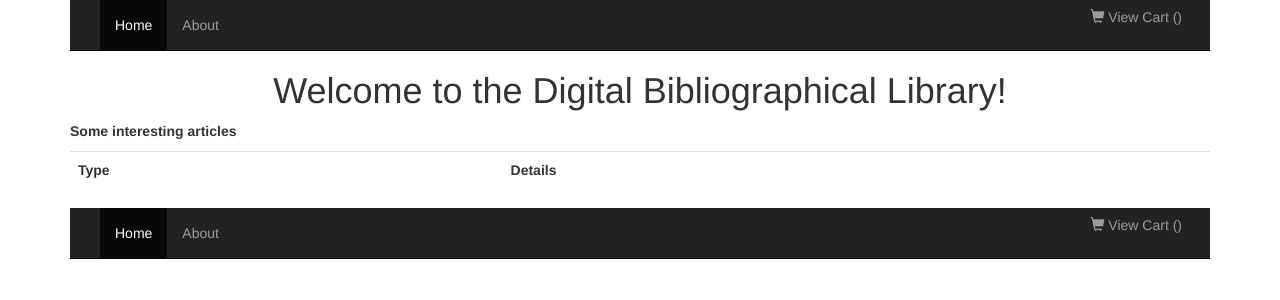
Repository: iancwwong/DigitalBibliographicalLibrary
Page: http://localhost/DigitalBibliographicLibrary/indexpage.jsp
An editor plug-in stored every save of this project. The page is shown before and after the next save, followed by the edit.
The browser window is 1280 px wide. The pictures show the whole page.
The page is served by Tomcat 9. Other server files are loaded and not shown. The template is opened directly, without the code that normally fills it, so the values that code supplies are empty.

Above is the page before, as saved 2016-08-28 01:17:23.

### DigitalBibliographicLibrary/WebContent/indexpage.jsp
<%@ page language="java" contentType="text/html; charset=ISO-8859-1"
    pageEncoding="ISO-8859-1"%>

<!-- JSLT core -->
<%@ taglib prefix="c" uri="http://java.sun.com/jsp/jstl/core" %>
<%@ taglib prefix="fn" uri="http://java.sun.com/jsp/jstl/functions" %>

<!-- Index Bean -->
<%@ page import="edu.unsw.comp9321.*"%>

<!DOCTYPE html PUBLIC "-//W3C//DTD HTML 4.01 Transitional//EN" "http://www.w3.org/TR/html4/loose.dtd">
<html>
<head>

	<!--  Bootstrap meta tags  -->
    <meta charset="utf-8">
    <meta http-equiv="X-UA-Compatible" content="IE=edge">
    <meta name="viewport" content="width=device-width, initial-scale=1">

    <!--  Other heads -->
	<meta http-equiv="Content-Type" content="text/html; charset=ISO-8859-1">

	<title>DBL - Welcome</title>

	<!-- Bootstrap -->
    <link href="css/bootstrap.min.css" rel="stylesheet">

    <!--  Page styling -->
    <link href="css/general.css" rel="stylesheet">
    <link href="css/navbar.css" rel="stylesheet">

</head>
<body>

	<!-- CONTENT -->
	<div class="container">
		<!-- Navbar -- >
		<%@ include file="include/navbar.html"%>

		<center>
		<h1>Welcome to the Digital Bibliographical Library!</h1>
		</center>

		<!-- Basic search -->

		<!-- Random publications -->
		<p><strong>Some interesting articles</strong></p>
		<table class="table table-hover">
			<tr>
				<th>Type</th>
				<th>Details</th>
				<th></th>
			</tr>
			<c:forEach var="publication" items="${indexPageBean.publications}">
				<tr>
					<td><p>${publication.type}</p></td>
					<td>
						<p><i>${publication.title}</i></p>

						<%-- Recognise the authors/editors appropriately --%>
						<c:choose>
							<c:when test="${empty publication.authors}">
								<c:choose>

									<%-- Case when there are no recorded authors / editors --%>
									<c:when test="${empty publication.editors}">
										<p>By: <i>anonymous</i></p>
									</c:when>

									<%-- Case when there are editors, no authors --%>
									<c:otherwise>
										<p>Edited by: ${publication.formattedEditors}</p>
									</c:otherwise>
								</c:choose>
							</c:when>

							<%-- Authors exist for publication --%>
							<c:otherwise>
								<p>By: ${publication.formattedAuthors}</p>
							</c:otherwise>
						</c:choose>
					</td>
					<td>
						<form action='control' method='POST'>
							<input type='hidden' name="action" value="viewPublication"/>
							<input type='hidden' name="pubID" value="${publication.id}"/>
							<input type='hidden' name="pubType" value="${publication.type}"/>
							<button type='submit' class="btn btn-default">
								View
							</button>
						</form>
					</td>
				</tr>
			</c:forEach>
		</table>

		<!-- Footer -->
		<%@ include file="include/navbar.html"%>

	</div>

    <!-- ========= Bootstrap Core Javascript =========== -->
    <!-- jQuery (necessary for Bootstrap's JavaScript plugins) -->
    <script src="https://ajax.googleapis.com/ajax/libs/jquery/1.12.4/jquery.min.js"></script>
    <!-- Include all compiled plugins (below), or include individual files as needed -->
    <script src="js/bootstrap.min.js"></script>
</body>
</html>

### DigitalBibliographicLibrary/WebContent/include/navbar.html
<!--  This file contains the information of the navigation bar -->
<!-- Navbar content -->
<div class="navbar-wrapper">

    <nav class="navbar navbar-inverse navbar-static-top">
      <div class="container">
        <div id="navbar" class="navbar-collapse collapse">
          <ul class="nav navbar-nav">
            <li class="active"><a href="">Home</a></li>
            <li><a href="">About</a></li>
          </ul>
          <ul class="nav navbar-nav navbar-right">
          	<li>
				<form action='control' method='POST'>
					<input type='hidden' name="action" value="viewCartPage"/>
					<button type="submit" class="btn btn-link">
						<span class="glyphicon glyphicon-shopping-cart"></span>
						View Cart (${userBean.cart.numItems})
					</button>
				</form>
          	</li>
          </ul>
        </div>
      </div>
    </nav>

</div>

### DigitalBibliographicLibrary/WebContent/css/general.css
// Body
body {
	margin: 0;
	padding: 10px;
}

// Footer
footer {
  background-color: #555;
  color: white;
  padding: 15px;
}

### DigitalBibliographicLibrary/WebContent/css/navbar.css
<!-- This file contains the stylings for the navigation bar -->

/* Special class on .container surrounding .navbar, used for positioning it into place. */
.navbar-wrapper {
  position: absolute;
  top: 0;
  right: 0;
  left: 0;
  z-index: 20;
}

/* Flip around the padding for proper display in narrow viewports */
.navbar-wrapper > .container {
  padding-right: 0;
  padding-left: 0;
}
.navbar-wrapper .navbar {
  padding-right: 15px;
  padding-left: 15px;
}
.navbar-wrapper .navbar .container {
  width: auto;
}

### DigitalBibliographicLibrary/WebContent/include/footer.html
<!-- Footer content -->
<footer class="container-fluid">
	<center><p>&copy; 2016</p></center>
</footer>

Loaded but not shown: DigitalBibliographicLibrary/WebContent/css/bootstrap.min.css (library); DigitalBibliographicLibrary/WebContent/js/bootstrap.min.js (library)

After the next save:
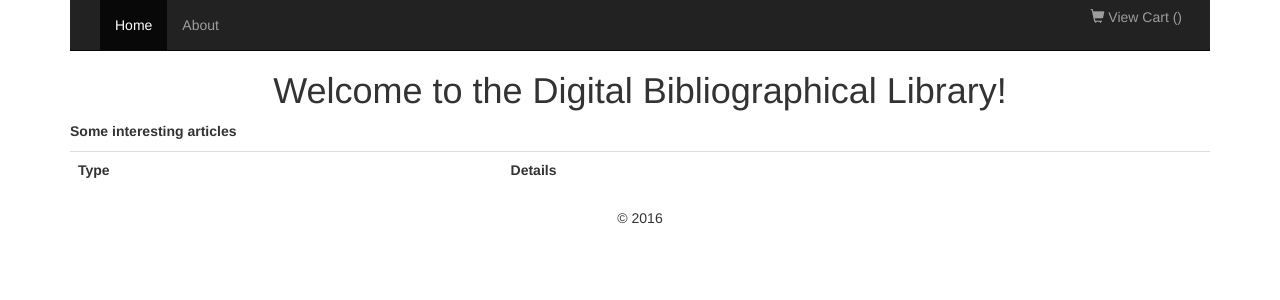
Saved 6 s later.
--- a/DigitalBibliographicLibrary/WebContent/indexpage.jsp
+++ b/DigitalBibliographicLibrary/WebContent/indexpage.jsp
@@ -95,7 +95,7 @@
 		</table>
 
 		<!-- Footer -->
-		<%@ include file="include/navbar.html"%>
+		<%@ include file="include/footer.html"%>
 
 	</div>
 
